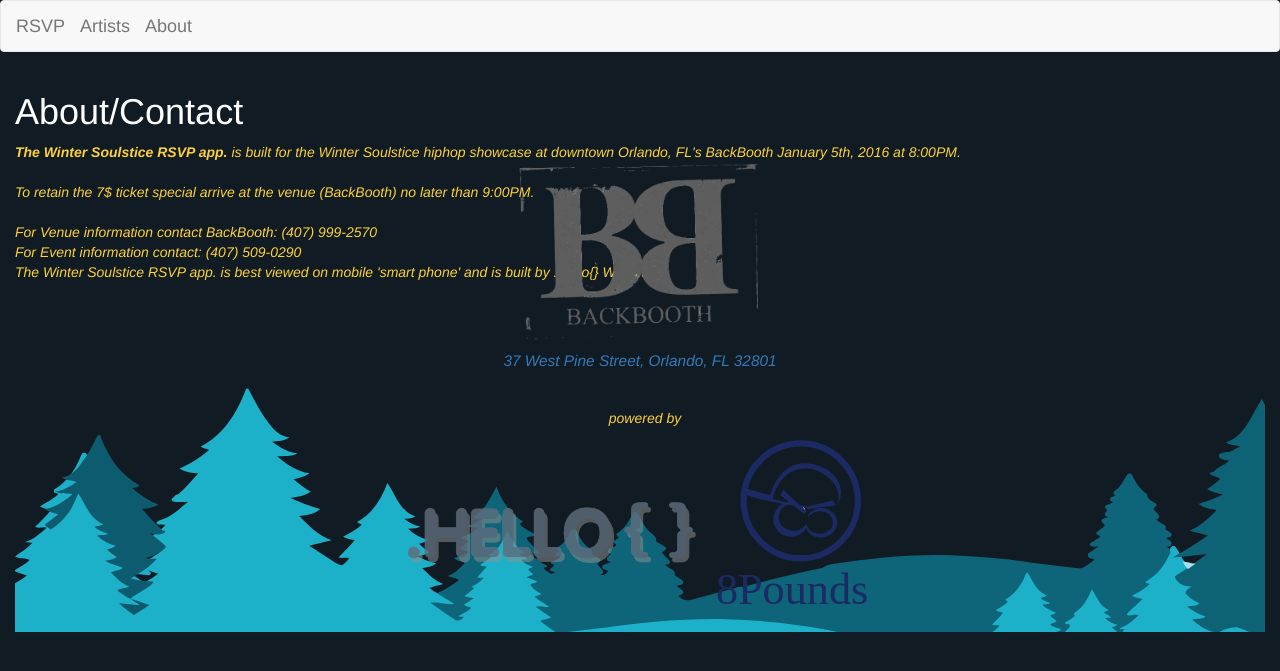
Repository: ptlergo/winter-soulstice
Page: http://localhost/about.php
The author's editor kept a record of every edit. The page is drawn from the files as they stood at one moment, then again after the next edit.
The browser window is 1280 px wide. The pictures show the whole page.
Some web libraries are served in a nearby version. The page is run by PHP 8.4 with error messages shown; the project is at /var/www/html/.

Above is the page before.

After the next edit:
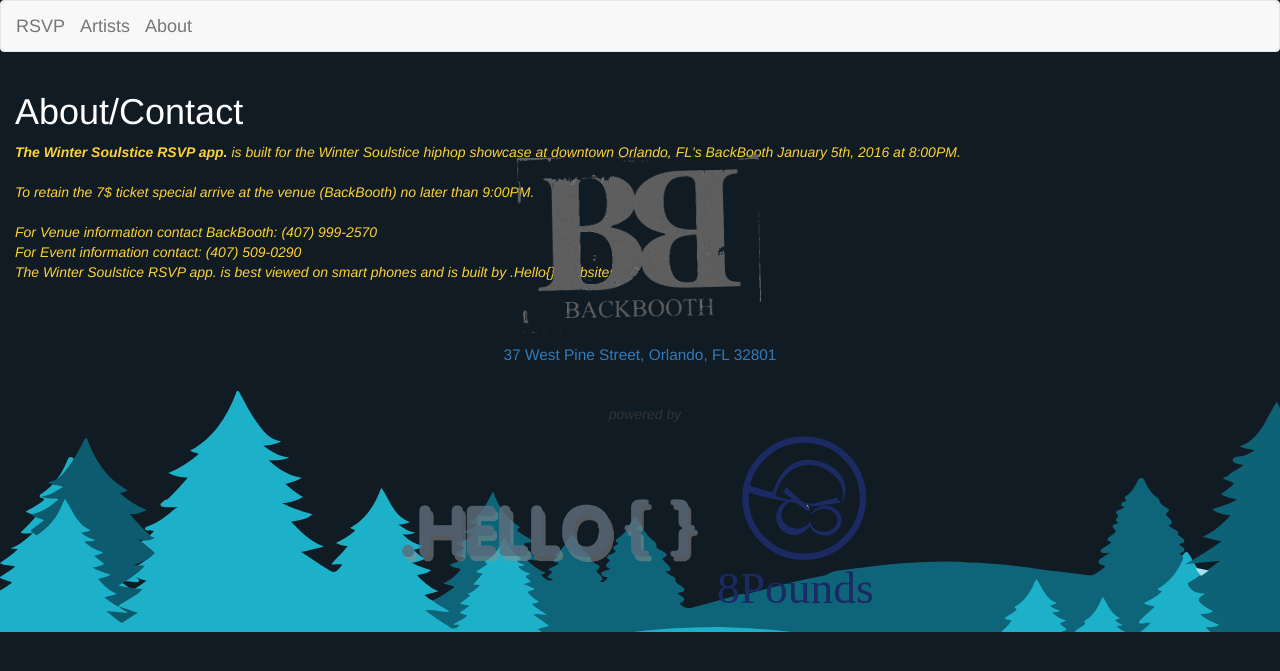
The edit:
--- a/about.php
+++ b/about.php
@@ -30,8 +30,10 @@
 			   <br>
 			   For Event information contact: (407) 509-0290
 			   <br>
+			</i></div>
+
 			 <div><i>
-			   The Winter Soulstice RSVP app. is best viewed on mobile 'smart phone' and is built by .Hello{} Websites.
+			   The Winter Soulstice RSVP app. is best viewed on smart phones and is built by .Hello{} Websites.
 			 </i></div>
 
 		</div>
